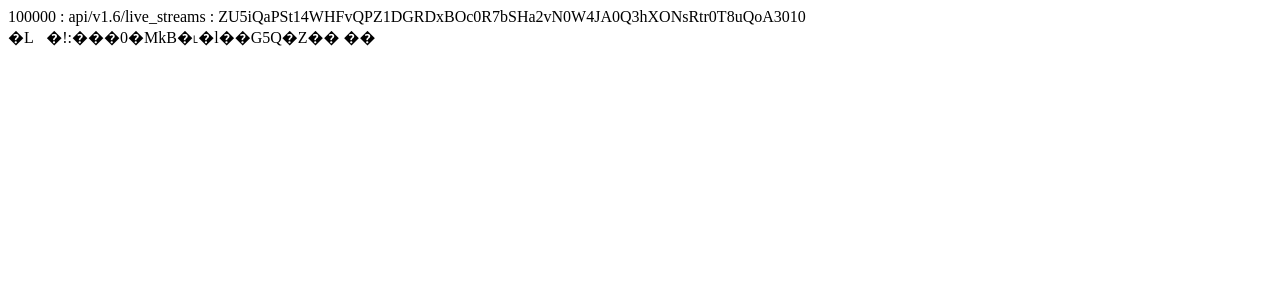
Repository: junhyeongShin/comunity_app
Page: http://localhost/Broadcast/curl copy.php
These files come from the project's save history. The page is drawn as it stood at one moment and after the next save; the edit follows.
The browser window is 1280 px wide. The pictures show the whole page.
The page is run by PHP 8.4 with error messages shown; the project is at /var/www/html/.

Above is the page before, as saved 2021-05-28 13:37:48.

### Broadcast/curl copy.php
<?php

$timestamp = 100000;
$path = "api/v1.6/live_streams";
$wscApiKey = "ZU5iQaPSt14WHFvQPZ1DGRDxBOc0R7bSHa2vN0W4JA0Q3hXONsRtr0T8uQoA3010";

$hmacData = ($timestamp.' : '.$path.' : '.$wscApiKey);
echo $hmacData;
echo '<br>';

$hash_key = hash_hmac('sha256',$hmacData,$wscApiKey,true);
echo $hash_key;
echo '<br>';


// $hex = hex2bin($hash_key);

// echo $hex;


?>

After the next save:
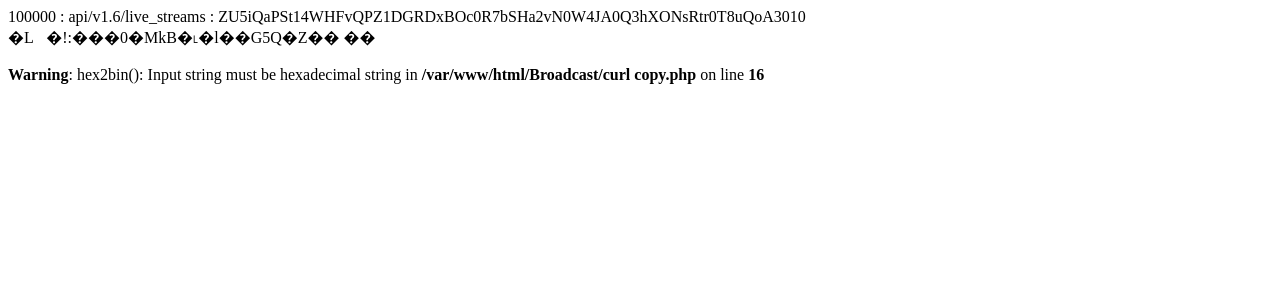
Saved 12 s later.
--- a/Broadcast/curl copy.php
+++ b/Broadcast/curl copy.php
@@ -13,7 +13,7 @@ echo $hash_key;
 echo '<br>';
 
 
-// $hex = hex2bin($hash_key);
+$hex = hex2bin($hash_key);
 
 // echo $hex;
 
